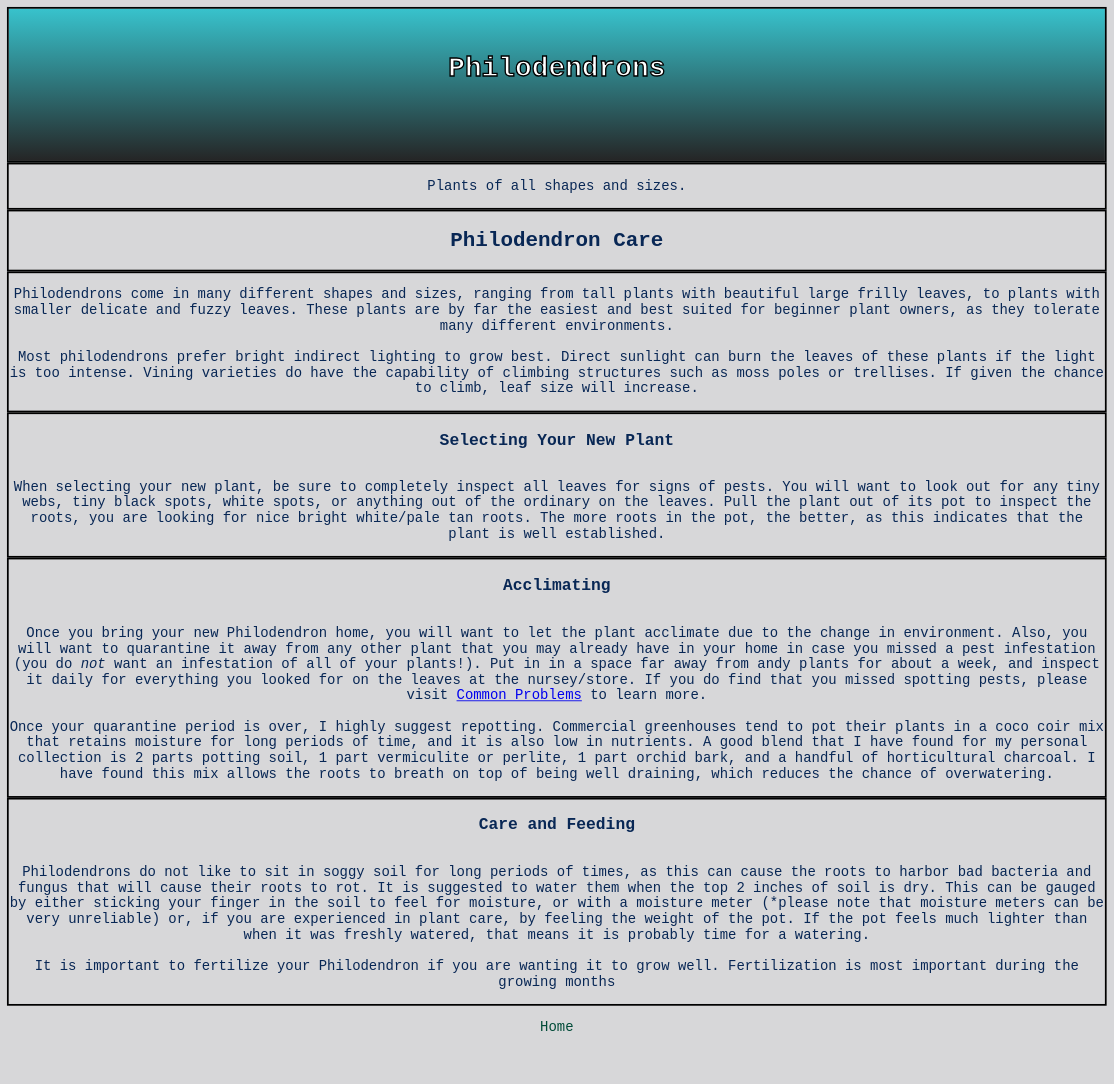
Repository: swillis91/odin-recipies
Page: Planty Page/philodendrons.html
The author's editor kept a copy of each file at every save. The page is drawn from the files as they stood at one save, then again after the next save.
The browser window is 1280 px wide. The pictures show the whole page, at 87% of full size.

Above is the page before, as saved 2023-08-14 23:58:40.

### Planty Page/philodendrons.html
<!DOCTYPE html>
    <html>
        <head>
            <title>Calatheas</title>
            <link href="style.css" rel="stylesheet"
        </head>
        <body>
            <div class="Header">
            <h1 class="heading">Philodendrons</h1>
            </div>
            <div class="box">
              <p>Plants of all shapes and sizes.</p>
            </div>
            <div class="box">
            <h2 class="species">Philodendron Care</h2>
            </div>
            <div class="box">
                <p class="care">Philodendrons come in many different shapes and sizes, ranging from tall plants with beautiful large frilly leaves, to plants with smaller delicate and fuzzy leaves. These plants are by far the easiest and best suited for beginner plant owners, as they tolerate many different environments.
                <br>
                <br>
                Most philodendrons prefer bright indirect lighting to grow best. Direct sunlight can burn the leaves of these plants if the light is too intense. Vining varieties do have the capability of climbing structures such as moss poles or trellises. If given the chance to climb, leaf size will increase.</p>
            </div>
            <div class="box">
                <h3>Selecting Your New Plant</h3>
                <p>When selecting your new plant, be sure to completely inspect all leaves for signs of pests. You will want to look out for any tiny webs, tiny black spots, white spots, or anything out of the ordinary on the leaves. Pull the plant out of its pot to inspect the roots, you are looking for nice bright white/pale tan roots. The more roots in the pot, the better, as this indicates that the plant is well established.</p>
            </div>
            <div class="box">
                <h3>Acclimating</h3>
                <p>Once you bring your new Philodendron home, you will want to let the plant acclimate due to the change in environment. Also, you will want to quarantine it away from any other plant that you may already have in your home in case you missed a pest infestation (you do <em>not</em> want an infestation of all of your plants!). Put in in a space far away from andy plants for about a week, and inspect it daily for everything you looked for on the leaves at the nursey/store. If you do find that you missed spotting pests, please visit <a href='./problems'>Common Problems</a> to learn more.
                <br><br>
                Once your quarantine period is over, I highly suggest repotting. Commercial greenhouses tend to pot their plants in a coco coir mix that retains moisture for long periods of time, and it is also low in nutrients. A good blend that I have found for my personal collection is 2 parts potting soil, 1 part vermiculite or perlite, 1 part orchid bark, and a handful of horticultural charcoal. I have found this mix allows the roots to breath on top of being well draining, which reduces the chance of overwatering.</p>
            </div>
            <div class="box">
                <h3>Care and Feeding</h3>
                    <p>Philodendrons do not like to sit in soggy soil for long periods of times, as this can cause the roots to harbor bad bacteria and fungus that will cause their roots to rot. It is suggested to water them when the top 2 inches of soil is dry. This can be gauged by either sticking your finger in the soil to feel for moisture, or with a moisture meter (*please note that moisture meters can be very unreliable) or, if you are experienced in plant care, by feeling the weight of the pot. If the pot feels much lighter than when it was freshly watered, that means it is probably time for a watering.
                        <br><br>
                    It is important to fertilize your Philodendron if you are wanting it to grow well. Fertilization is most important during the growing months
                    </p>
            </div>
              </p>
                <!--img src="./Images/makoyana.webp" id="calathea makoyana" width="700px"-->
            <footer>
                <nav>
                    <a href="./index.html" class="navigation">Home</a>

                </nav>
            </footer>
        </body>
    </html>

### Planty Page/style.css
body{
    background-color: rgb(215, 215, 217);
    color:rgb(8, 39, 85);
    text-align: center;
    font-family: 'Permanent Marker', cursive;
    font-family: 'Space Mono', monospace;
}

.heading{
    color: rgb(0, 0, 0);
    -webkit-text-fill-color: rgb(255, 255, 255);
    -webkit-text-stroke-width: 1.5px;
    -webkit-text-stroke-color: rgb(0, 0, 0);
    text-transform: capitalize;
    border: 2px solid rgb(0, 3, 3);
    background-image: linear-gradient(rgba(15, 189, 201, 0.795), rgba(0, 0, 0, 0.827));
    height: 75px;
    margin: 0 auto;
    padding:50px 20px;

}

div.box{
    border:2px solid black;
    display: flex;
    margin-left: auto;
    flex-direction:column;
    align-content: center;
}

#calathea-makoyana{
    width: 500px;
    Height: auto:
}

.navigation{
    color:rgb(1, 75, 56);
    text-decoration: none;
}

a:hover{
    color: rgb(20, 220, 2);
    background-color: rgb(5, 55, 1);
}

After the next save:
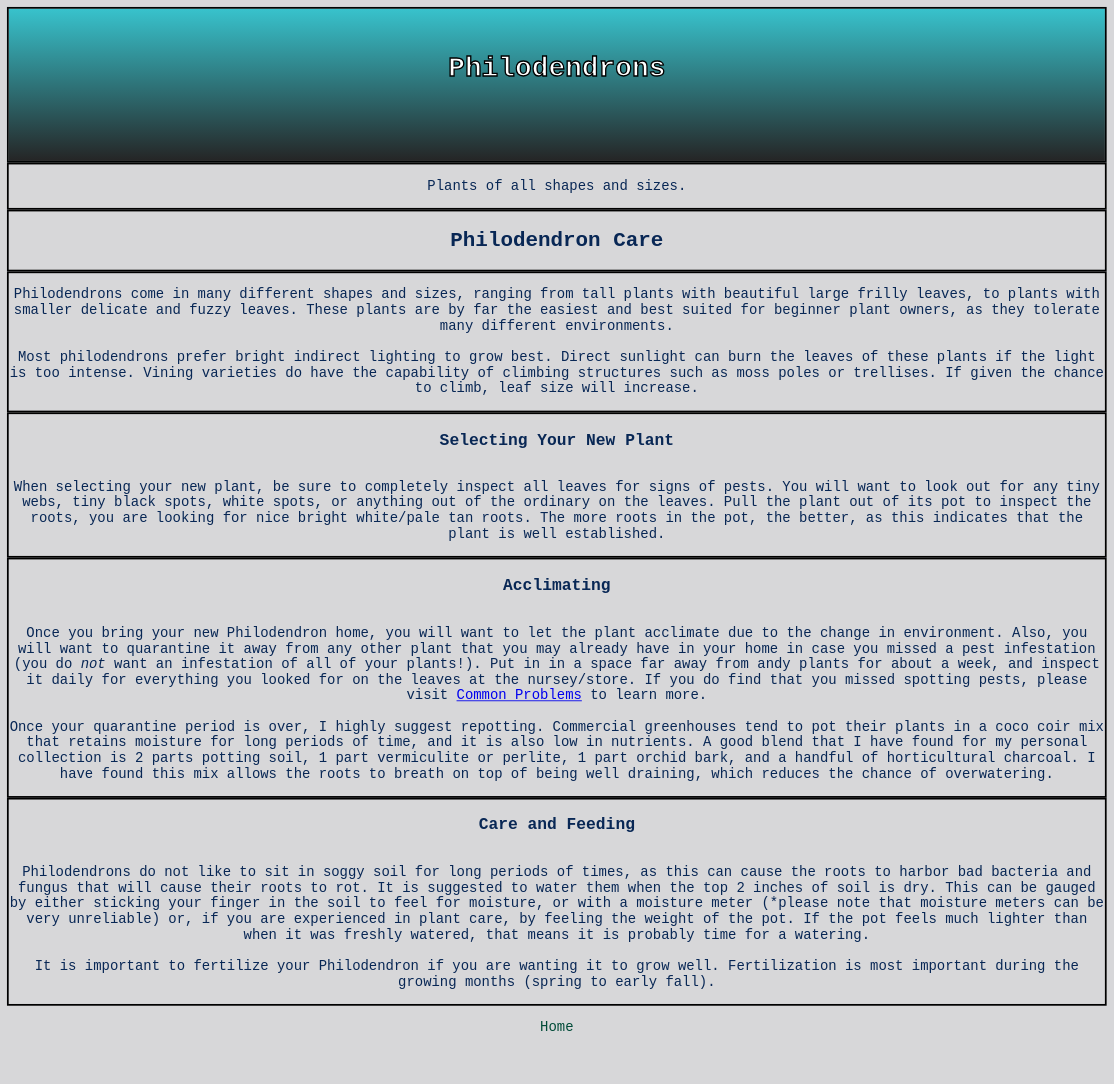
Saved 18 s later.
--- a/Planty Page/philodendrons.html
+++ b/Planty Page/philodendrons.html
@@ -34,7 +34,7 @@
                 <h3>Care and Feeding</h3>
                     <p>Philodendrons do not like to sit in soggy soil for long periods of times, as this can cause the roots to harbor bad bacteria and fungus that will cause their roots to rot. It is suggested to water them when the top 2 inches of soil is dry. This can be gauged by either sticking your finger in the soil to feel for moisture, or with a moisture meter (*please note that moisture meters can be very unreliable) or, if you are experienced in plant care, by feeling the weight of the pot. If the pot feels much lighter than when it was freshly watered, that means it is probably time for a watering.
                         <br><br>
-                    It is important to fertilize your Philodendron if you are wanting it to grow well. Fertilization is most important during the growing months
+                    It is important to fertilize your Philodendron if you are wanting it to grow well. Fertilization is most important during the growing months (spring to early fall).
                     </p>
             </div>
               </p>
